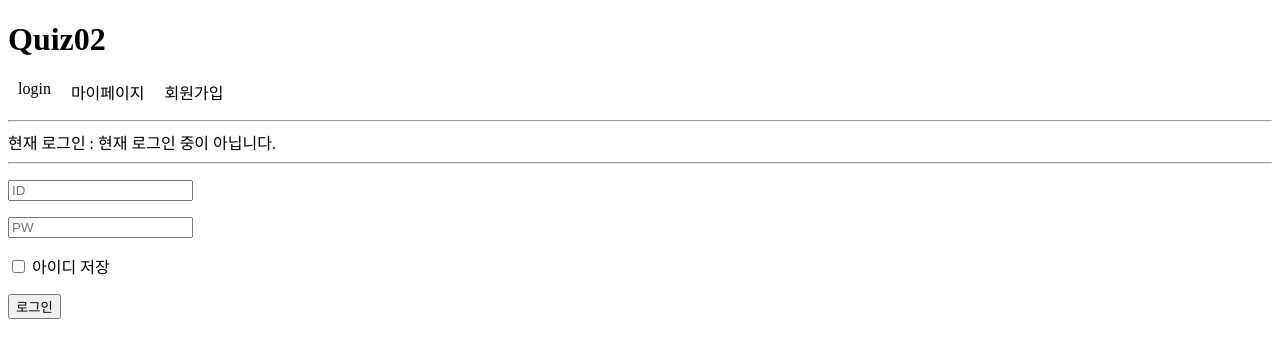
Repository: ChimmyWorld/JSP
Page: http://localhost/Day50/quiz2/login.jsp
The author's editor kept a copy of each file at every save. The page is drawn from the files as they stood at one save, then again after a run of saves.
The browser window is 1280 px wide. The pictures show the whole page.
The page is served by Tomcat 9.

Above is the page before, as saved 2023-09-19 06:01:34.

After the next 2 saves:
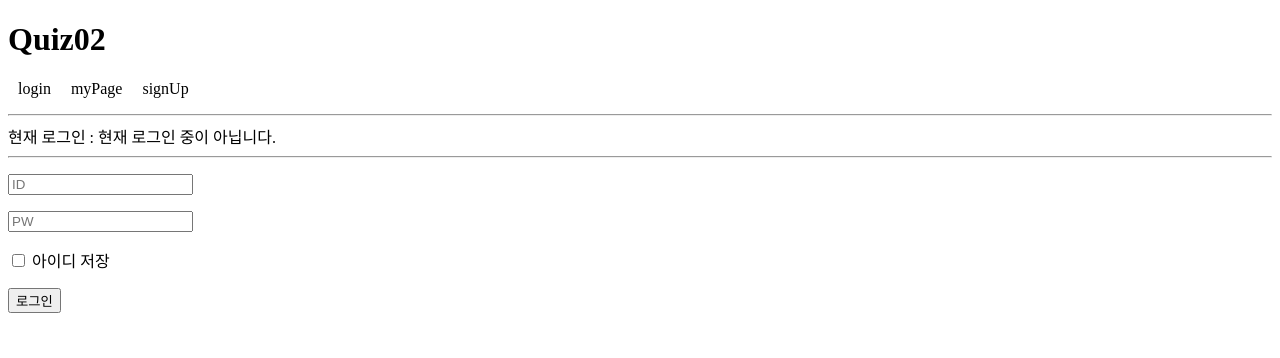
The 2 saves are shown as one change because they came seconds apart.
The last was saved 15 s later.
--- a/Day50/WebContent/quiz2/header.jsp
+++ b/Day50/WebContent/quiz2/header.jsp
@@ -31,8 +31,8 @@
 
 	<ul class="menu">
 		<li><a href="<%=login %>.jsp"><%=login %></a></li>
-		<li><a href="myPage.jsp">마이페이지</a>
-		<li><a href="signUp.jsp">회원가입</a>
+		<li><a href="myPage.jsp">myPage</a>
+		<li><a href="signUp.jsp">signUp</a>
 	</ul>
 
 	<hr>
